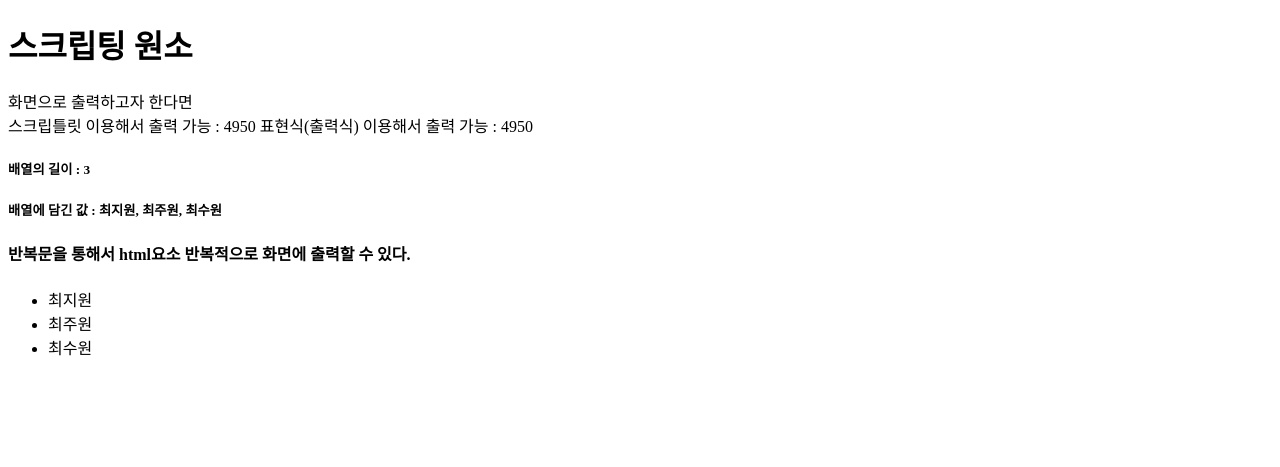
Repository: hyerangbi/Servlet
Page: http://localhost/JSP/views/01_ScriptingElement.jsp
These files come from the project's save history. The page is drawn as it stood at one moment and after a run of saves; the edit follows.
The browser window is 1280 px wide. The pictures show the whole page.
The page is served by Tomcat 10.

Above is the page before, as saved 2024-09-10 02:30:01.

After the next 4 saves:
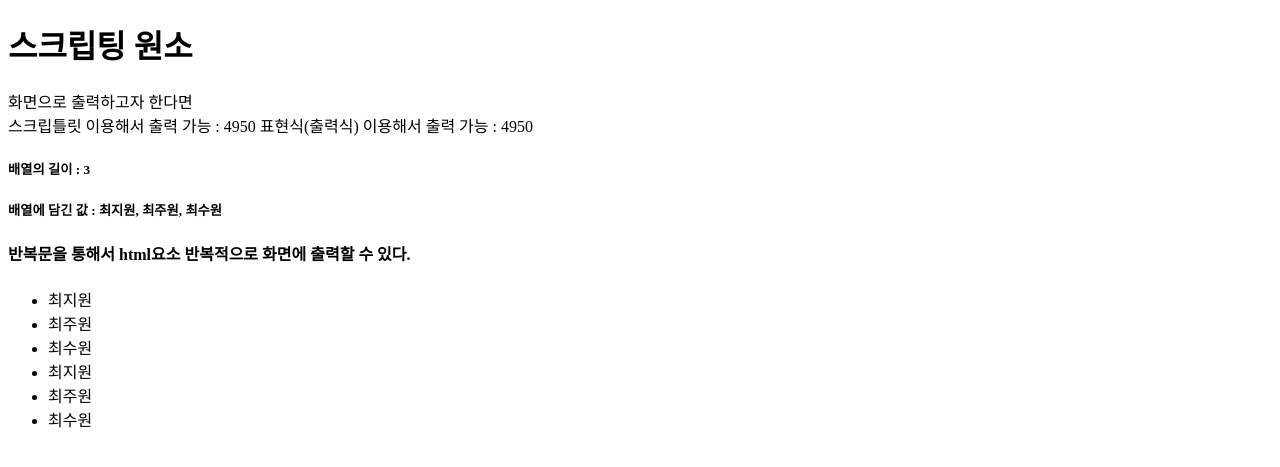
The 4 saves are shown as one change because they came seconds apart.
The last was saved 23 s later.
--- a/7_JSP/JSP/src/main/webapp/views/01_ScriptingElement.jsp
+++ b/7_JSP/JSP/src/main/webapp/views/01_ScriptingElement.jsp
@@ -40,6 +40,9 @@
 			<li><%=nameArr[i] %></li>
 		<% } %>
 
+		<% for(String name : nameArr) { %>
+			<li><%=name %></li>
+		<% } %>
 	</ul>
 </body>
 </html>
